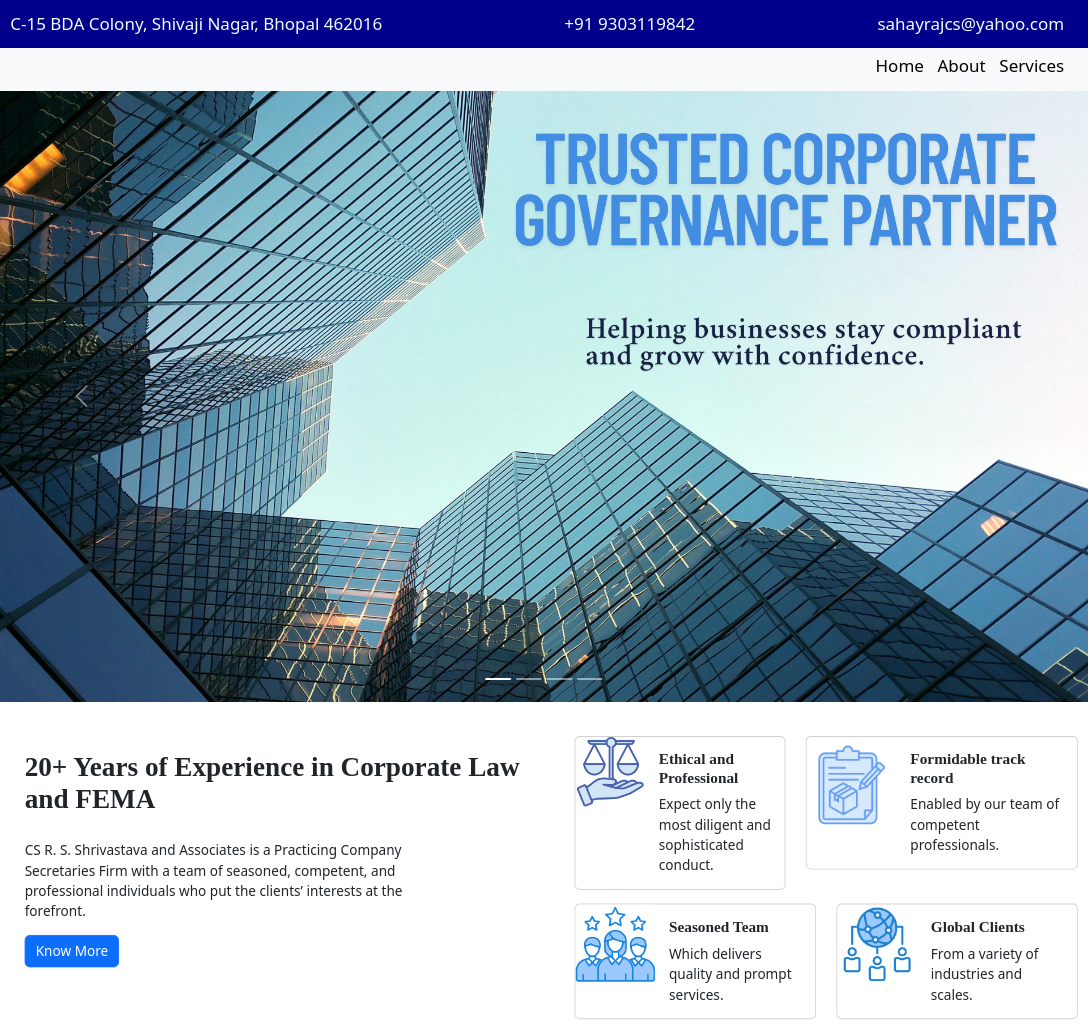
Repository: aayushiss/CS-RSS
Page: index.html
The author's editor kept a copy of each file at every save. The page is drawn from the files as they stood at one save, then again after the next save.
The browser window is 1280 px wide. The pictures show the whole page, at 85% of full size.

Above is the page before, as saved 2025-05-14 21:22:18.

### index.html
<!DOCTYPE html>
<html lang="en">

<head>
    <meta charset="UTF-8">
    <meta name="viewport" content="width=device-width, initial-scale=1.0">
    <title>R. S. Shrivastava</title>
    <link href="https://cdn.jsdelivr.net/npm/bootstrap@5.3.3/dist/css/bootstrap.min.css" rel="stylesheet"
        integrity="sha384-QWTKZyjpPEjISv5WaRU9OFeRpok6YctnYmDr5pNlyT2bRjXh0JMhjY6hW+ALEwIH" crossorigin="anonymous">
    <link rel="stylesheet" type="text/css" href="style.css">
</head>

<body>
    <nav class="navbar fixed-top custom-navbar">
        <div class="container-fluid d-flex justify-content-between">
            <a class="navbar-brand" href="#">C-15 BDA Colony, Shivaji Nagar, Bhopal 462016</a>
            <a class="navbar-brand" href="#">+91 9303119842</a>
            <a class="navbar-brand" href="#">sahayrajcs@yahoo.com</a>
        </div>
    </nav>
    <div class="navbar-space"></div>

    <nav class="navbar sticky-top second-navbar bg-light">
        <div class="container-fluid d-flex justify-content-end">
          <a class="navbar-brand" href="#">Home</a>
          <a class="navbar-brand" href="about.html">About</a>
          <a class="navbar-brand" href="#">Services</a>
        </div>
      </nav>

      <!-- <div class="card text-bg-dark custom-card">
        <img src="images/haveAQuery.avif" class="card-img" alt="...">
        <div class="card-img-overlay">
          <h5 class="card-title">Have a Query?</h5>
          <p class="card-text">This is a wider card with supporting text below as a natural lead-in to additional content. This content is a little bit longer.</p>
          <p class="card-text"><small>Last updated 3 mins ago</small></p>
        </div>
      </div> -->

      <div id="carouselExampleCaptions" class="carousel slide">
        <div class="carousel-indicators">
          <button type="button" data-bs-target="#carouselExampleCaptions" data-bs-slide-to="0" class="active" aria-current="true" aria-label="Slide 1"></button>
          <button type="button" data-bs-target="#carouselExampleCaptions" data-bs-slide-to="1" aria-label="Slide 2"></button>
          <button type="button" data-bs-target="#carouselExampleCaptions" data-bs-slide-to="2" aria-label="Slide 3"></button>
          <button type="button" data-bs-target="#carouselExampleCaptions" data-bs-slide-to="3" aria-label="Slide 4"></button>
        </div>
        <div class="carousel-inner">
          <div class="carousel-item active">
            <img src="images/Trusted corporate governance partner.png" class="d-block w-100" alt="...">
            <div class="carousel-caption d-none d-md-block">
              <!-- <h5>First slide label</h5>
              <p>Some representative placeholder content for the first slide.</p> -->
            </div>
          </div>
          <div class="carousel-item">
            <img src="images/LegalConsultancy.png" class="d-block w-100" alt="...">
          </div>
          <div class="carousel-item">
            <img src="images/companyIncorporation.png" class="d-block w-100" alt="...">
          </div>
          <div class="carousel-item">
            <img src="images/annualFilingReturn.png" class="d-block w-100" alt="...">
          </div>
        </div>
        <button class="carousel-control-prev" type="button" data-bs-target="#carouselExampleCaptions" data-bs-slide="prev">
          <span class="carousel-control-prev-icon" aria-hidden="true"></span>
          <span class="visually-hidden">Previous</span>
        </button>
        <button class="carousel-control-next" type="button" data-bs-target="#carouselExampleCaptions" data-bs-slide="next">
          <span class="carousel-control-next-icon" aria-hidden="true"></span>
          <span class="visually-hidden">Next</span>
        </button>
      </div>
      <div class="container-fluid" style="padding-top: 40px;">

          <div class="row">
            <div class="col">
              <div class="card" style="width: 40rem; border-color: white;">
                <div class="card-body">
                  <h5 class="card-title">20+ Years of
                    Experience in Corporate Law and FEMA</h5>
                  <p class="card-text" style="padding-top: 20px; width: 30rem;">CS R. S. Shrivastava and Associates is a Practicing Company Secretaries Firm with a team of seasoned, competent, and professional individuals who put the clients’ interests at the forefront.</p>
                  <a href="about.html" class="btn btn-primary">Know More</a>
                </div>
              </div>
            </div>
            <div class="col">
              <div class="row">
                <div class="col">
                  <div class="card mb-3" style="max-width: 25vw;">
                    <div class="row g-0">
                      <div class="col-md-4">
                        <img src="images/8629542.png" class="img-fluid rounded-start" alt="...">
                      </div>
                      <div class="col-md-8">
                        <div class="card-body">
                          <h5 class="card-title">Ethical and Professional</h5>
                          <p class="card-text">Expect only the most diligent and sophisticated conduct.</p>
                        </div>
                      </div>
                    </div>
                  </div>
                </div>
                <div class="col">
                  <div class="card mb-3" style="width: 25vw;">
                    <div class="row g-0">
                      <div class="col-md-4">
                        <img src="images/16919209.png" class="img-fluid rounded-start" alt="...">
                      </div>
                      <div class="col-md-8">
                        <div class="card-body">
                          <h5 class="card-title">Formidable track record</h5>
                          <p class="card-text">Enabled by our team of competent professionals.</p>
                        </div>
                      </div>
                    </div>
                  </div>
                </div>
              </div>
              <div class="row">
                <div class="col">
                  <div class="card mb-3" style="max-width: 540px;">
                    <div class="row g-0">
                      <div class="col-md-4">
                        <img src="images/images.png" class="img-fluid rounded-start" alt="...">
                      </div>
                      <div class="col-md-8">
                        <div class="card-body">
                          <h5 class="card-title">Seasoned Team
                          </h5>
                          <p class="card-text">Which delivers quality and prompt services.</p>
                        </div>
                      </div>
                    </div>
                  </div>
                </div>
                <div class="col">
                  <div class="card mb-3" style="max-width: 540px;">
                    <div class="row g-0">
                      <div class="col-md-4">
                        <img src="images/11743537.png" class="img-fluid rounded-start" alt="...">
                      </div>
                      <div class="col-md-8">
                        <div class="card-body">
                          <h5 class="card-title">Global Clients
                          </h5>
                          <p class="card-text">From a variety of industries and scales.</p>
                        </div>
                      </div>
                    </div>
                  </div>
                </div>
              </div>
            </div>
          </div>

      </div>

    <script src="https://cdn.jsdelivr.net/npm/bootstrap@5.3.3/dist/js/bootstrap.bundle.min.js"
        integrity="sha384-YvpcrYf0tY3lHB60NNkmXc5s9fDVZLESaAA55NDzOxhy9GkcIdslK1eN7N6jIeHz"
        crossorigin="anonymous"></script>
</body>

</html>

### style.css
.custom-navbar {
    background-color: darkblue;
}

.custom-navbar .navbar-brand {
    color: azure;
}

.navbar-space {
    margin-top: 50px;
}

.second-navbar .navbar-brand{
    color: black;
}

.custom-card{
    height: 25vh;
}

.custom-card .card-img{
    height: 100%;
    object-fit: cover;
}

/* .container-fluid .card{
    padding: 50px;
} */
.container-fluid .card-title{
font-family: 'Times New Roman', Times, serif;
font-weight: bold;
font-size: xx-large;
}

.container-fluid .col-md-8 .card-title{
font-family: 'Times New Roman', Times, serif;
font-size: large;
}

After the next save:
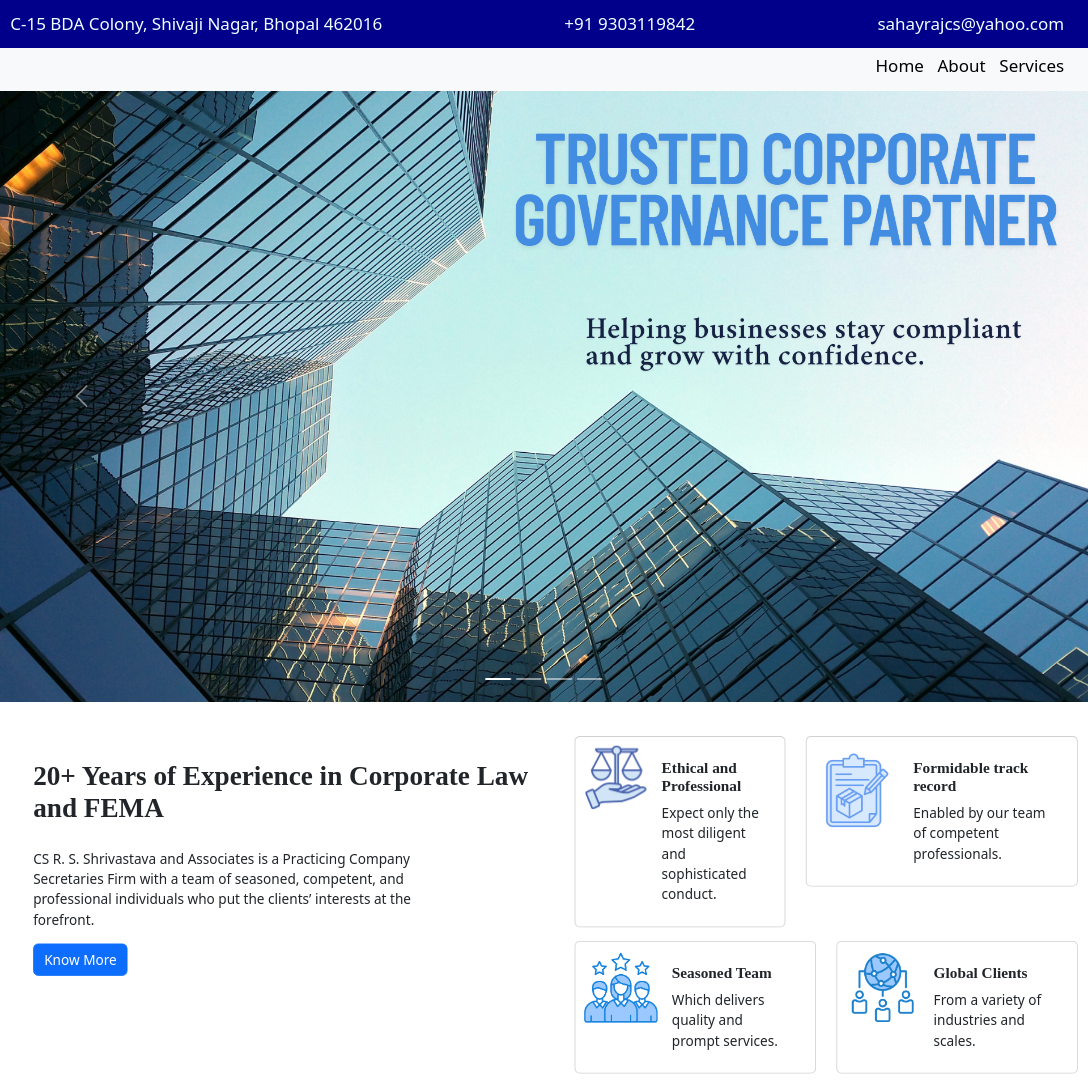
Saved 20 s later.
--- a/style.css
+++ b/style.css
@@ -23,9 +23,9 @@
     object-fit: cover;
 }
 
-/* .container-fluid .card{
-    padding: 50px;
-} */
+.container-fluid .card{
+    padding: 10px;
+}
 .container-fluid .card-title{
 font-family: 'Times New Roman', Times, serif;
 font-weight: bold;
